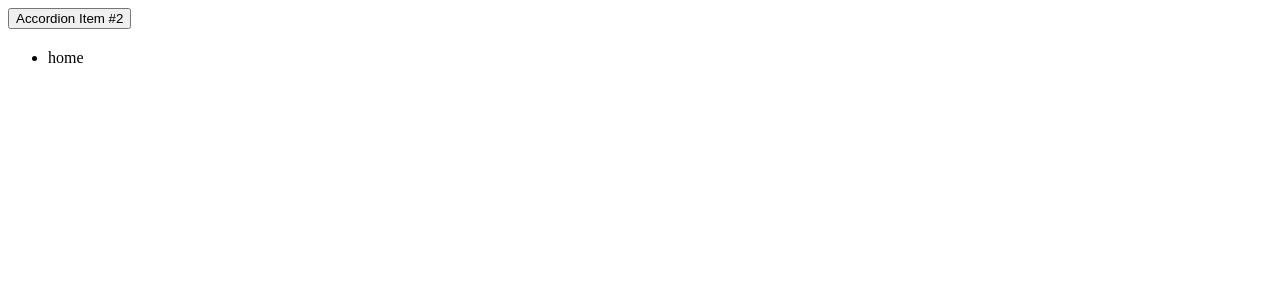
Repository: anildevaki1/MSSGL-shareModule
Page: component/sidenavbar.html
An editor plug-in stored every save of this project. The page is shown before and after the next save, followed by the edit.
The browser window is 1280 px wide. The pictures show the whole page.

Above is the page before, as saved 2023-01-10 19:34:56.

### component/sidenavbar.html
<div class="accordion accordion-flush" id="accordionFlushExample">
    <div class="accordion-item">
        <h2 class="accordion-header" id="flush-headingTwo">
            <button class="accordion-button collapsed" type="button" data-bs-toggle="collapse"
                data-bs-target="#flush-collapseTwo" aria-expanded="false" aria-controls="flush-collapseTwo">
                Accordion Item #2
            </button>
        </h2>
        <div id="flush-collapseTwo" class="accordion-collapse collapse" aria-labelledby="flush-headingTwo"
            data-bs-parent="#accordionFlushExample">
            <div class="accordion-body p-0">
                <ul class="list-group w-100">
                    <li class="list-group-item">home</li>
                </ul>
            </div>
        </div>
    </div>
</div>

After the next save:
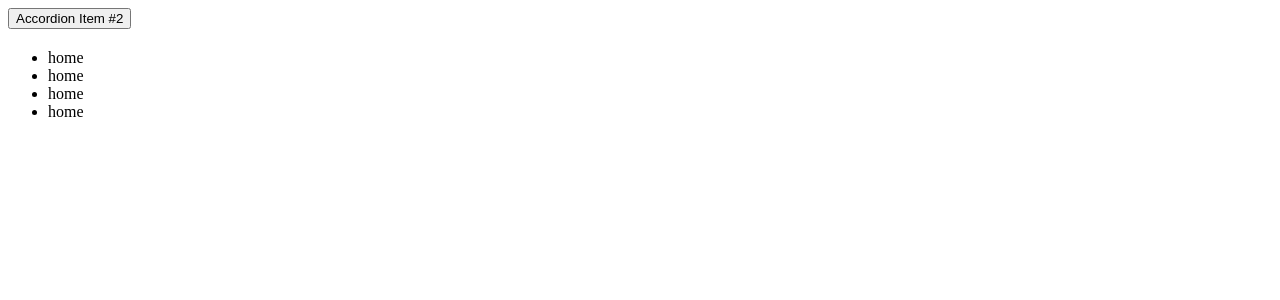
Saved 17 s later.
--- a/component/sidenavbar.html
+++ b/component/sidenavbar.html
@@ -11,6 +11,9 @@
             <div class="accordion-body p-0">
                 <ul class="list-group w-100">
                     <li class="list-group-item">home</li>
+                    <li class="list-group-item">home</li>
+                    <li class="list-group-item">home</li>
+                    <li class="list-group-item">home</li>
                 </ul>
             </div>
         </div>
